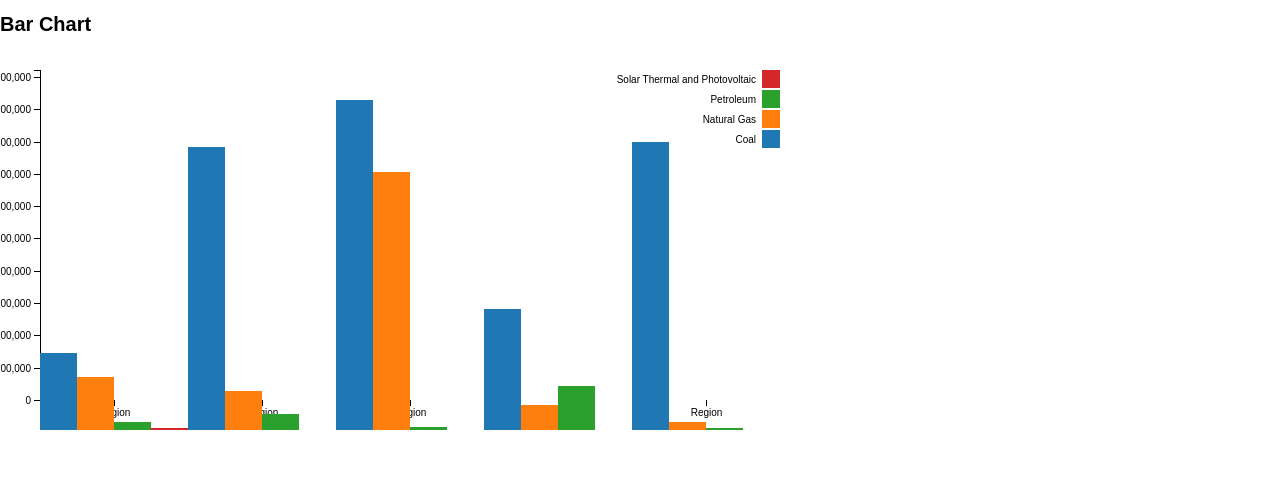
Repository: komalharjani/d3js-visualisation
Page: index.html
The author's editor kept a copy of each file at every save. The page is drawn from the files as they stood at one save, then again after the next save.
The browser window is 1280 px wide. The pictures show the whole page.

Above is the page before, as saved 2020-05-01 18:04:49.

After the next save:
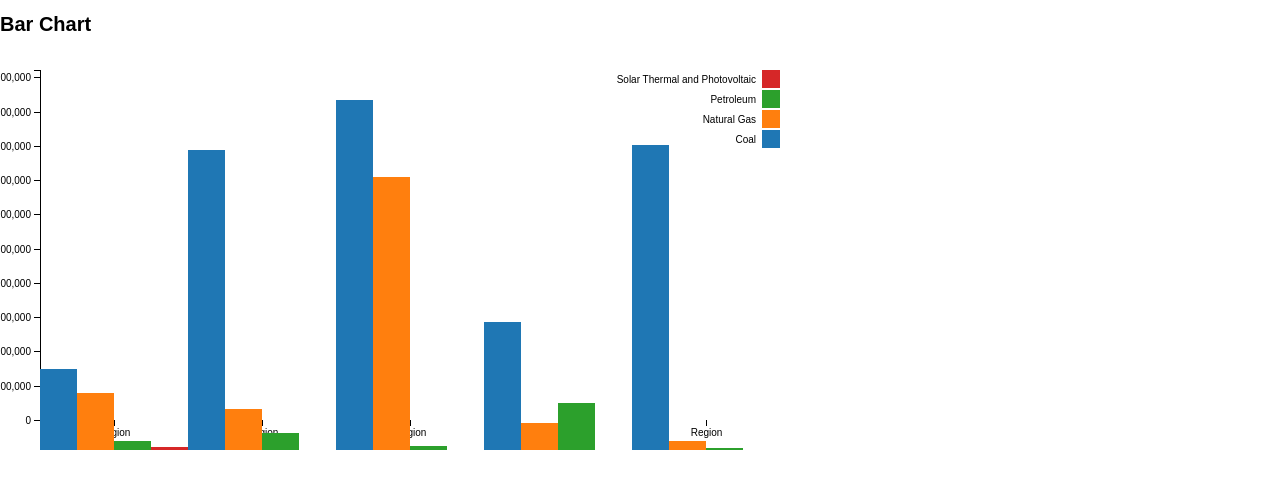
Saved 5 s later.
--- a/tryURL.js
+++ b/tryURL.js
@@ -56,7 +56,7 @@ d3.csv(dataPath)
         console.log(currData);
 
 
-        var margin = { top: 20, right: 20, bottom: 50, left: 40 },
+        var margin = { top: 20, right: 20, bottom: 30, left: 40 },
             width = 800 - margin.left - margin.right,
             height = 400 - margin.top - margin.bottom;
 
